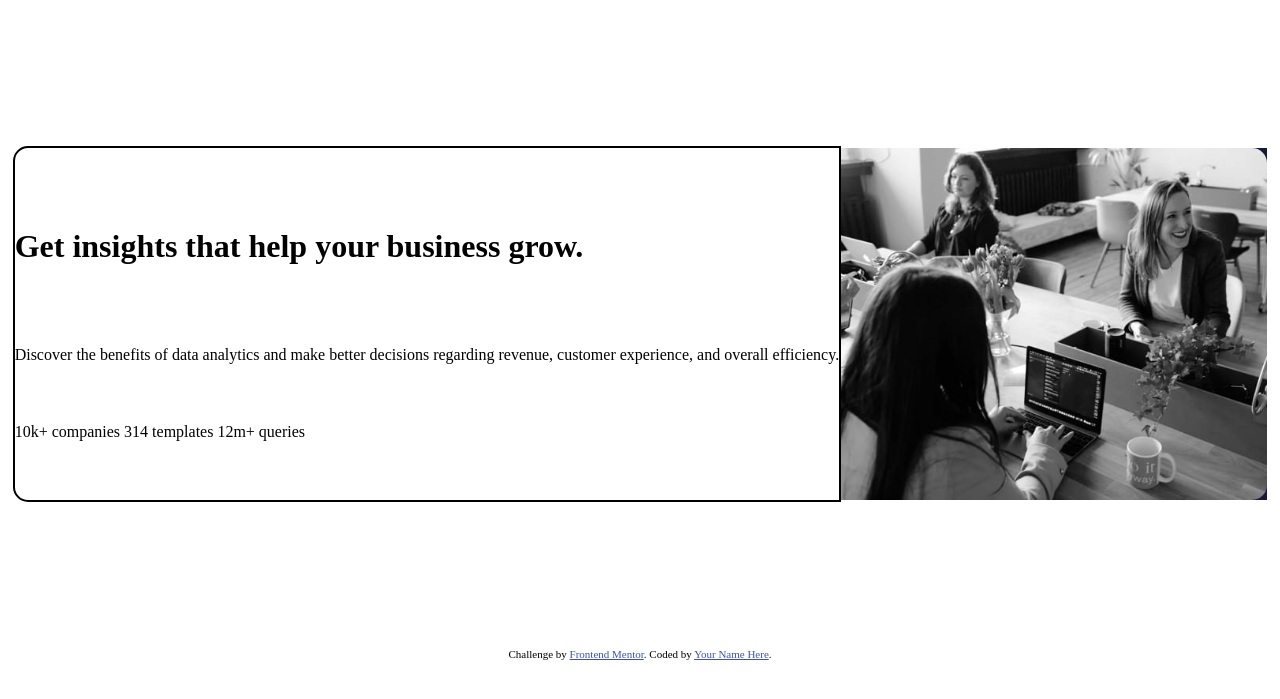
Repository: wasanmsn/Card_Challange
Page: index.html
These files come from the project's save history. The page is drawn as it stood at one moment and after the next save; the edit follows.
The browser window is 1280 px wide. The pictures show the whole page.

Above is the page before, as saved 2021-07-21 15:58:43.
Not found: path/to/image.jpg

### index.html
<!DOCTYPE html>
<html lang="en">

<head>
  <meta charset="UTF-8">
  <meta name="viewport" content="width=device-width, initial-scale=1.0">
  <!-- displays site properly based on user's device -->

  <link rel="icon" type="image/png" sizes="32x32" href="./images/favicon-32x32.png">
  <link rel="stylesheet" href="./stylesheet.css">

  <title>Frontend Mentor | Stats preview card component</title>

  <!-- Feel free to remove these styles or customise in your own stylesheet 👍 -->
  <style>
    .attribution {
      font-size: 11px;
      text-align: center;
    }

    .attribution a {
      color: hsl(228, 45%, 44%);
    }
  </style>
</head>

<body>
  <div class="container">
    <div class="column1">
      <h1>
        Get insights that help your business grow.
      </h1>
      <div>
        Discover the benefits of data analytics and make better decisions regarding revenue, customer
        experience, and overall efficiency.
      </div>
      <div>
        10k+ companies
        314 templates
        12m+ queries
      </div>
    </div>
      <div class="column2">
        <image id="img" src="./images/image-header-desktop.jpg">
    </div>
  </div>

  <div class="attribution">
    Challenge by <a href="https://www.frontendmentor.io?ref=challenge" target="_blank">Frontend Mentor</a>.
    Coded by <a href="#">Your Name Here</a>.
  </div>
</body>

</html>

### stylesheet.css
body{
    margin: 0;
    padding: 0;
}
.container{
    width: 100%;
    display: flex;
    height: 90vh;
    justify-content: center;
    align-items: center;

}
.column1{
    display: flex;
    flex-direction: column;
    justify-content: space-evenly;
    height: 22rem;
    border: 2px solid black;
    border-radius: 15px 0 0 15px;
}
.column2{
    height: 22rem;
    background-image: url('path/to/image.jpg');
    background-repeat: no-repeat;
    background-color: hsl(244, 38%, 16%);
    background-blend-mode: multiply;
}
#img{
    height: 100%;
    border-radius: 0 15px 15px 0;
}

After the next save:
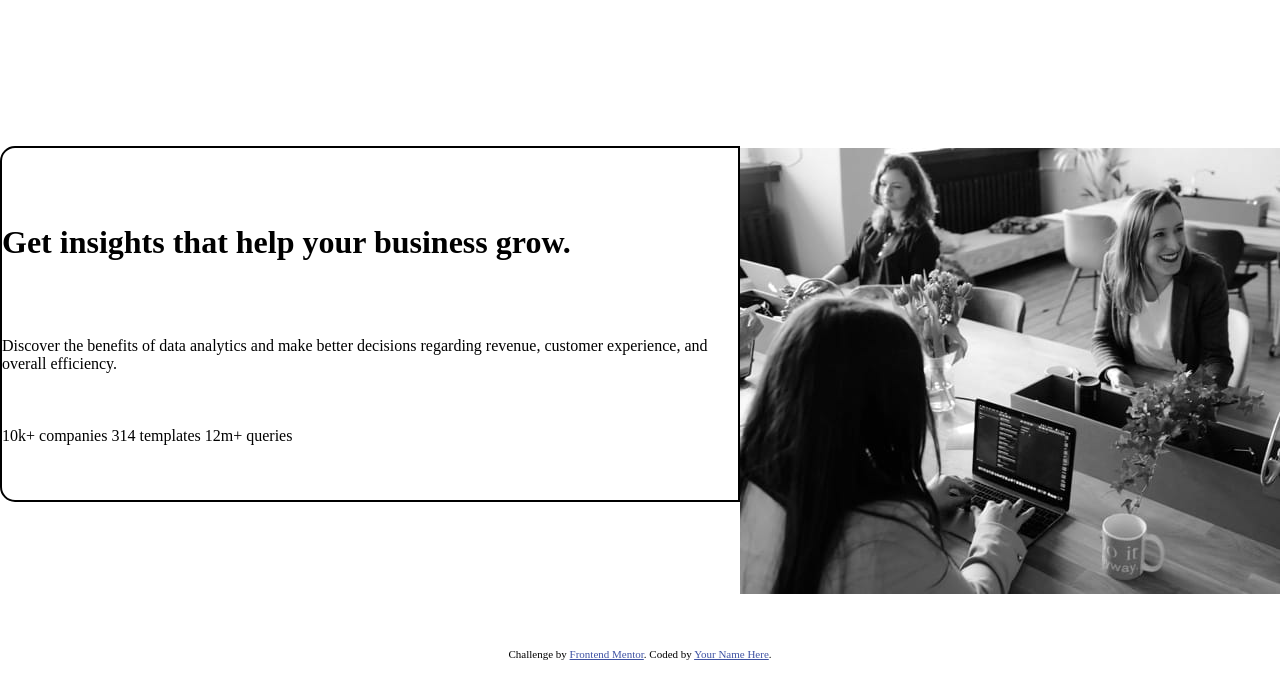
Saved 15 s later.
--- a/stylesheet.css
+++ b/stylesheet.css
@@ -25,7 +25,3 @@ body{
     background-color: hsl(244, 38%, 16%);
     background-blend-mode: multiply;
 }
-#img{
-    height: 100%;
-    border-radius: 0 15px 15px 0;
-}
